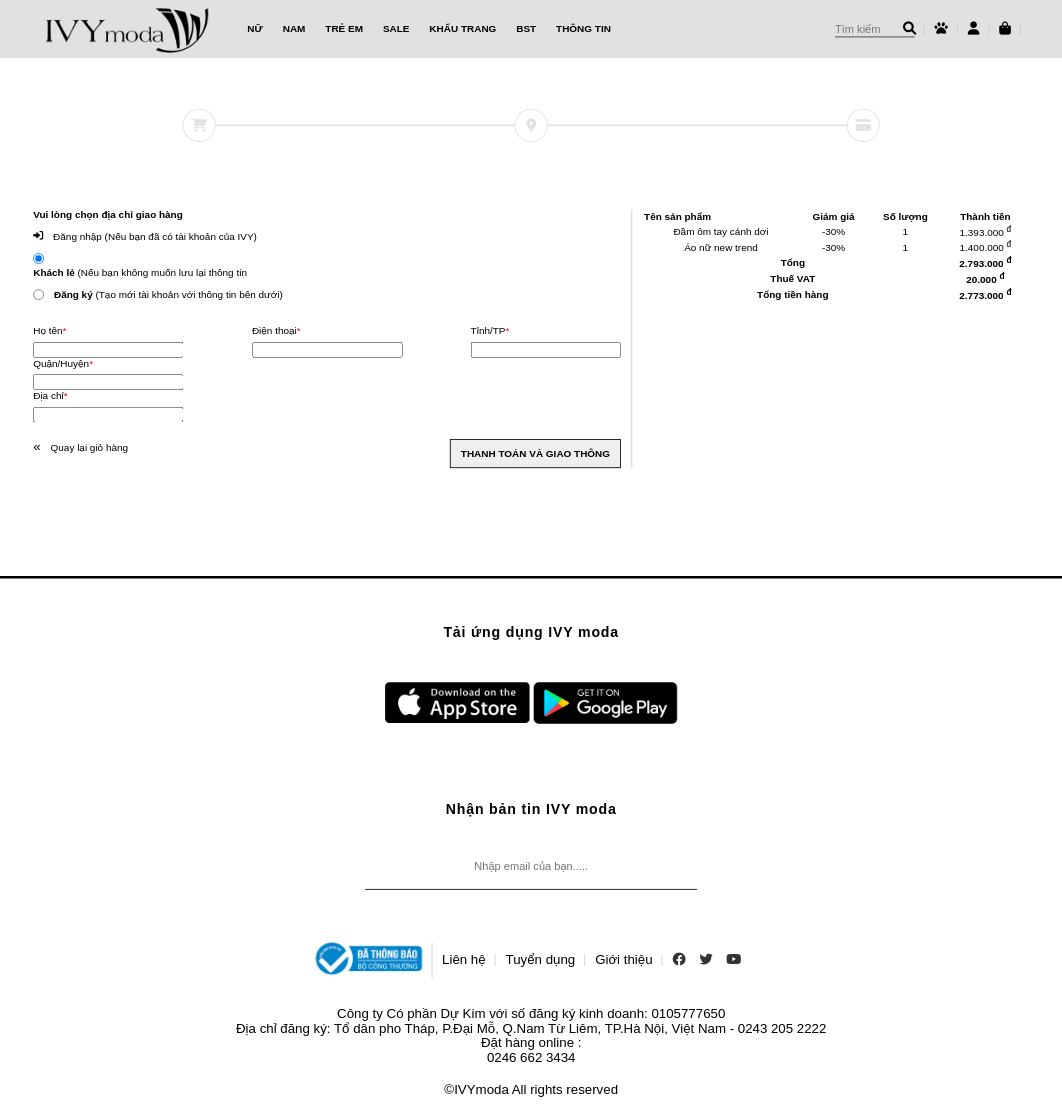
Repository: dinhvanbinh2310/ivy-moda
Page: delivery.html
These files come from the project's save history. The page is drawn as it stood at one moment and after the next save; the edit follows.
The browser window is 1280 px wide. The pictures show the whole page, at 83% of full size.

Above is the page before, as saved 2022-05-08 21:45:30.

After the next save:
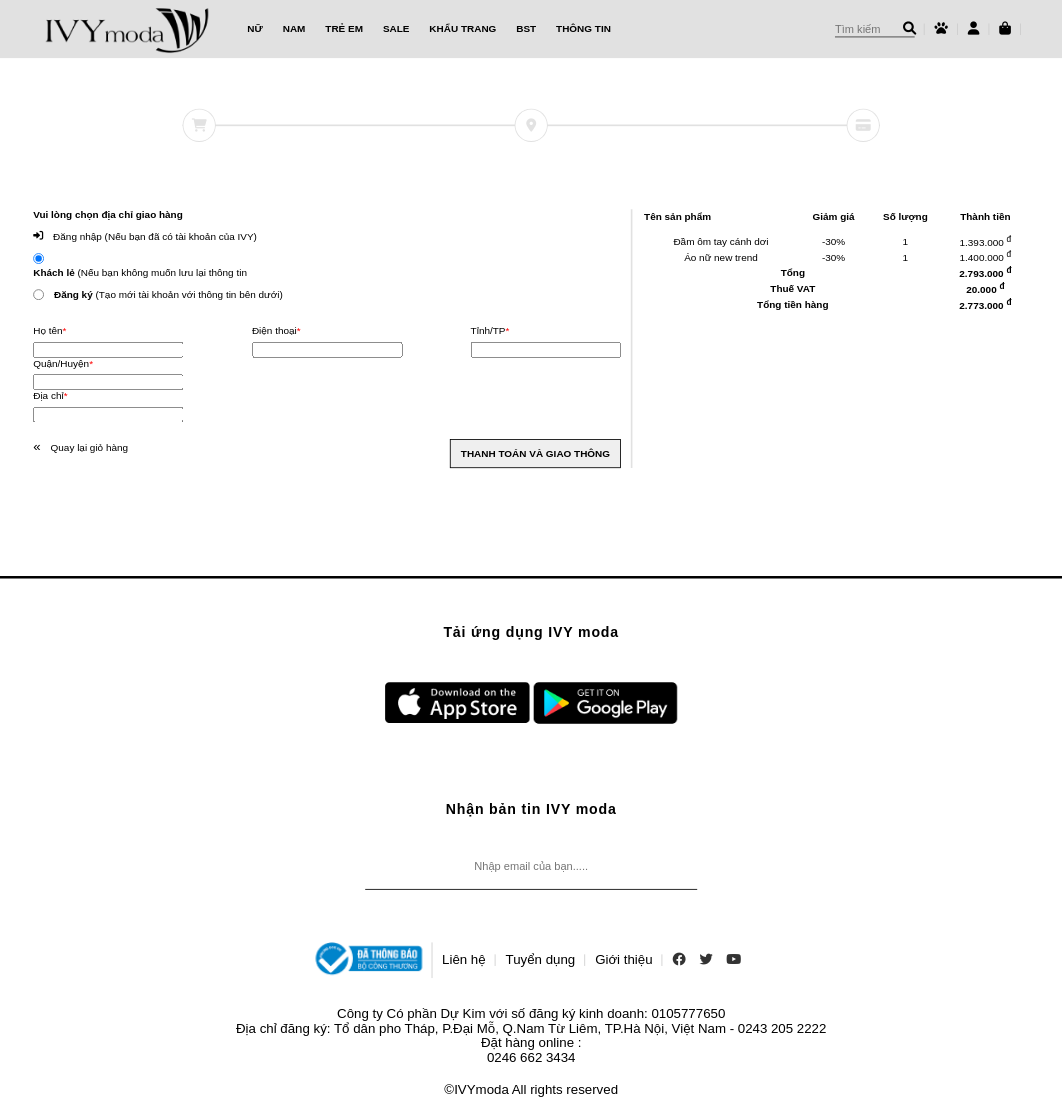
Saved 40 s later.
--- a/css/style.css
+++ b/css/style.css
@@ -822,3 +822,6 @@
 .delivery-content-right table tr th:first-child{
   text-align: left;
 }
+.delivery-content-right table tr th{
+  padding-bottom: 12px;
+}
